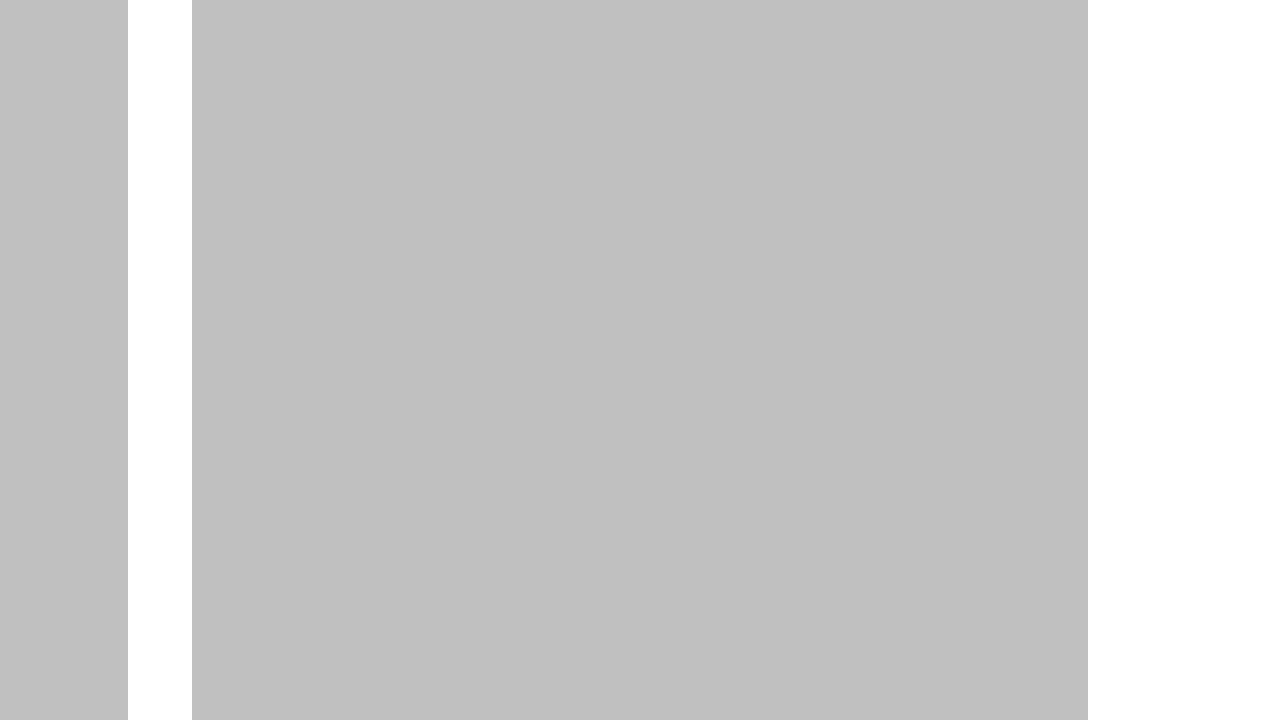
Repository: OrionDevelopers/projectwall
Page: http://localhost/slidePresenter.php
An editor plug-in stored every save of this project. The page is shown before and after the next save, followed by the edit.
The browser window is 1280 px wide. The pictures show the whole page.
The page is run by PHP 8.4 with error messages shown; the project is at /var/www/html/.

Above is the page before, as saved 2013-04-20 16:24:25.

### slidePresenterPrototype2/presenterPrototype2/slidePresenter.php
<!DOCTYPE html>
<html>
	<head>
		<title>Slide Presenter </title>
		<link href="css/slidePresenter.css" rel="stylesheet"/>
		<script src="js/kinetic-v4.4.1.js" type="text/javascript"></script>
		<script src="js/slidePresenter.js" type="text/javascript"></script>
	</head>
	<body>
		<div id='menuBar'></div>
		<div id='container'></div>
	</body>
</html>

### slidePresenterPrototype2/presenterPrototype2/css/slidePresenter.css
*{
	padding:0px;
	margin:0px;
}
body,html{
	height:100%;
	width:100%;
}
#menuBar{
	float:left;
	height:100%;
	width:10%;
	background-color: silver;
}
#container{
	height:100%;
	width:70%;

	margin-left:auto;
	margin-right:auto;
	background-color:silver;
}

Loaded but not shown: slidePresenterPrototype2/presenterPrototype2/js/kinetic-v4.4.1.js (library); slidePresenterPrototype2/presenterPrototype2/js/slidePresenter.js (no copy from this time; the picture is the same without it)

After the next save:
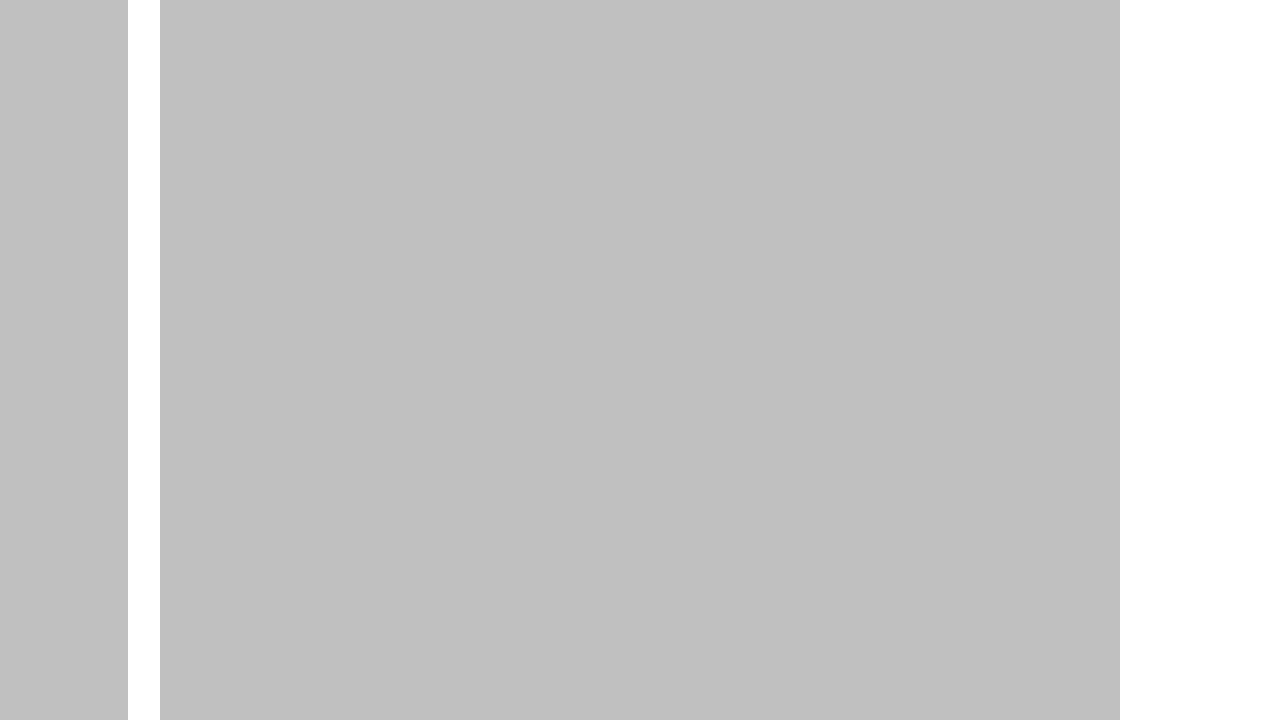
Saved 9 s later.
--- a/slidePresenterPrototype2/presenterPrototype2/css/slidePresenter.css
+++ b/slidePresenterPrototype2/presenterPrototype2/css/slidePresenter.css
@@ -14,7 +14,7 @@ body,html{
 }
 #container{
 	height:100%;
-	width:70%;
+	width:75%;
 
 	margin-left:auto;
 	margin-right:auto;
